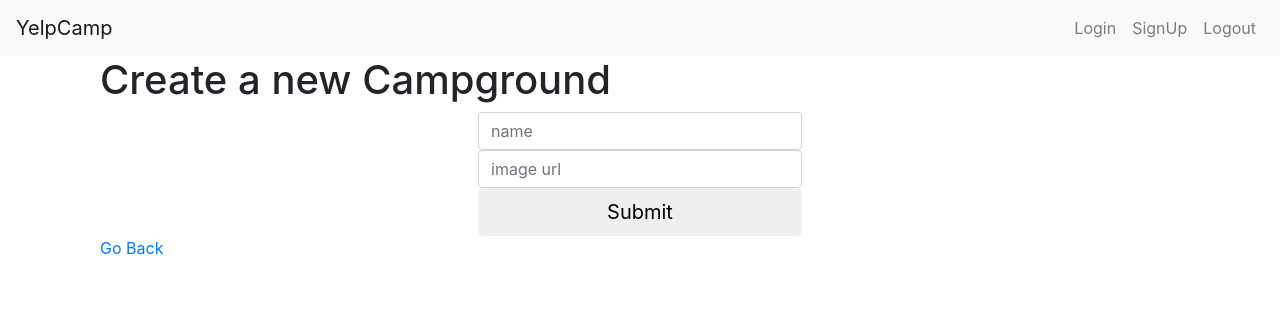
Repository: ninad1999/Yelp-Camp
Page: http://localhost/campgrounds/new
The author's editor kept a record of every edit. The page is drawn from the files as they stood at one moment, then again after the next edit.
The browser window is 1280 px wide. The pictures show the whole page.
The page is served by the project's Node server (V1/app.js).

Above is the page before.

After the next edit:
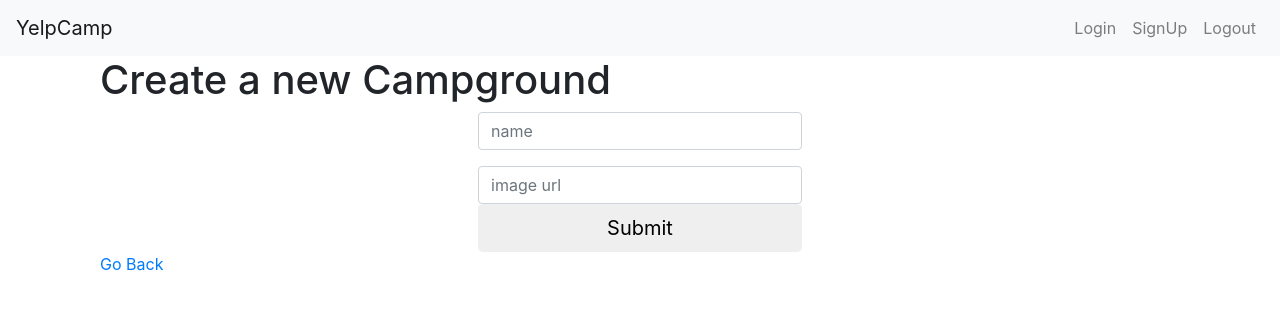
The edit:
--- a/workspace/V1/views/new.ejs
+++ b/workspace/V1/views/new.ejs
@@ -5,7 +5,7 @@
         <h1>Create a new Campground</h1>
         <div style="width: 30%; margin: 0 auto">
             <form action="/campgrounds" method="POST">
-                <div class="form=group">
+                <div class="form-group">
                     <input class="form-control" type="text" name="name" placeholder="name">
                 </div>
                 <div class="form=group">
